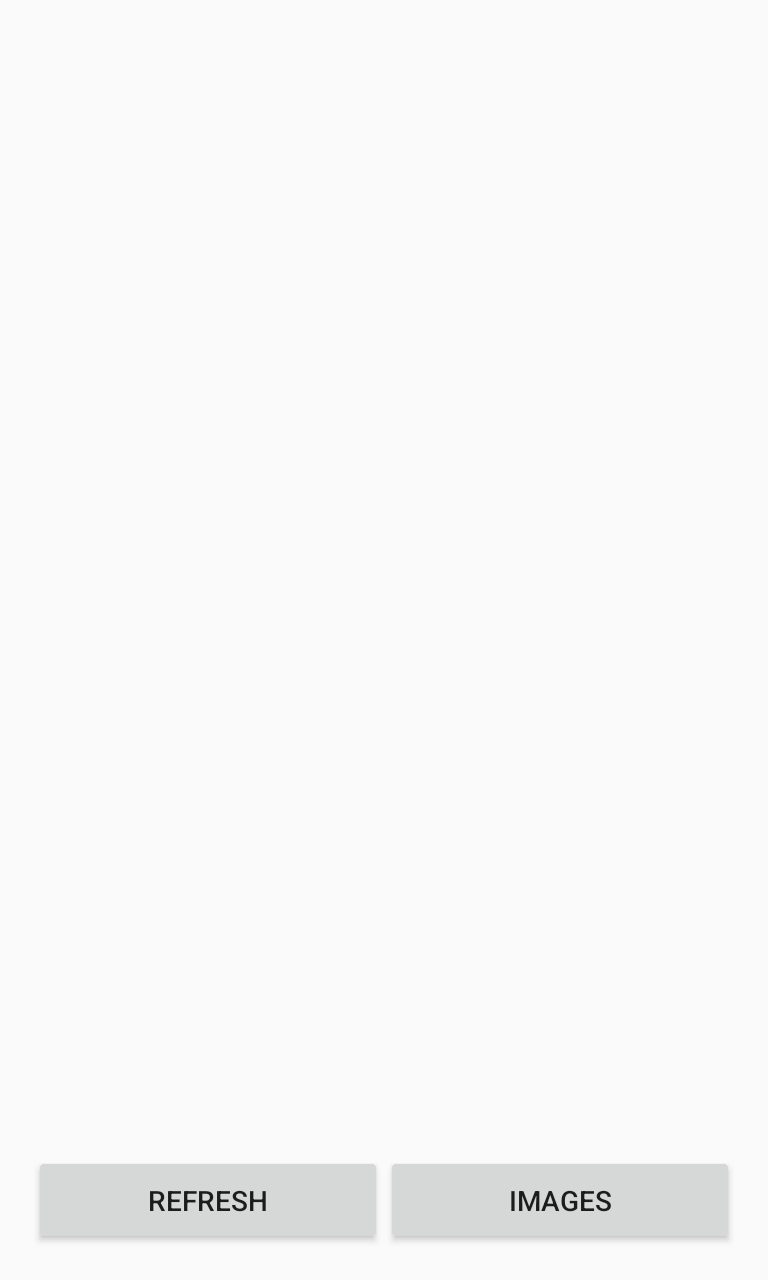
Repository: browndrf/cmpe283
Layout: myopenstack/res/layout/activity_main.xml
The author's editor kept a copy of each file at every save. The layout is drawn from the files as they stood at one save, then again after the next save.
It is drawn on a 768 x 1280 px phone screen (xhdpi) without system bars, with theme AppTheme; the app's code is not run.

Above is the layout before, as saved 2014-09-13 18:27:17.

### myopenstack/res/layout/activity_main.xml
<RelativeLayout xmlns:android="http://schemas.android.com/apk/res/android"
    xmlns:tools="http://schemas.android.com/tools"
    android:layout_width="match_parent"
    android:layout_height="match_parent"
    android:paddingBottom="@dimen/activity_vertical_margin"
    android:paddingLeft="@dimen/activity_horizontal_margin"
    android:paddingRight="@dimen/activity_horizontal_margin"
    android:paddingTop="@dimen/activity_vertical_margin"
    tools:context=".MainActivity" >

    <LinearLayout
        android:id="@+id/LinearLayout02"
        android:layout_width="fill_parent"
        android:layout_height="wrap_content"
        android:layout_alignParentBottom="true" >

        <Button
            android:id="@+id/Button02"
            android:layout_width="wrap_content"
            android:layout_height="wrap_content"
            android:layout_weight="1"
            android:text="Refresh" >
        </Button>

        <Button
            android:id="@+id/Button03"
            android:layout_width="wrap_content"
            android:layout_height="wrap_content"
            android:layout_weight="1"
            android:text="Images" >
        </Button>
    </LinearLayout>

    <TableLayout
        android:id="@+id/tableLayout1"
        android:layout_width="match_parent"
        android:layout_height="match_parent"
        android:shrinkColumns="*"
        android:stretchColumns="*" >
    </TableLayout>

</RelativeLayout>

Loaded but not shown: myopenstack/res/values/styles.xml (common file); myopenstack/res/values-v11/styles.xml (common file); myopenstack/res/values-v14/styles.xml (common file); myopenstack/res/values/dimens.xml (common file); myopenstack/res/values-w820dp/dimens.xml (common file)

After the next save:
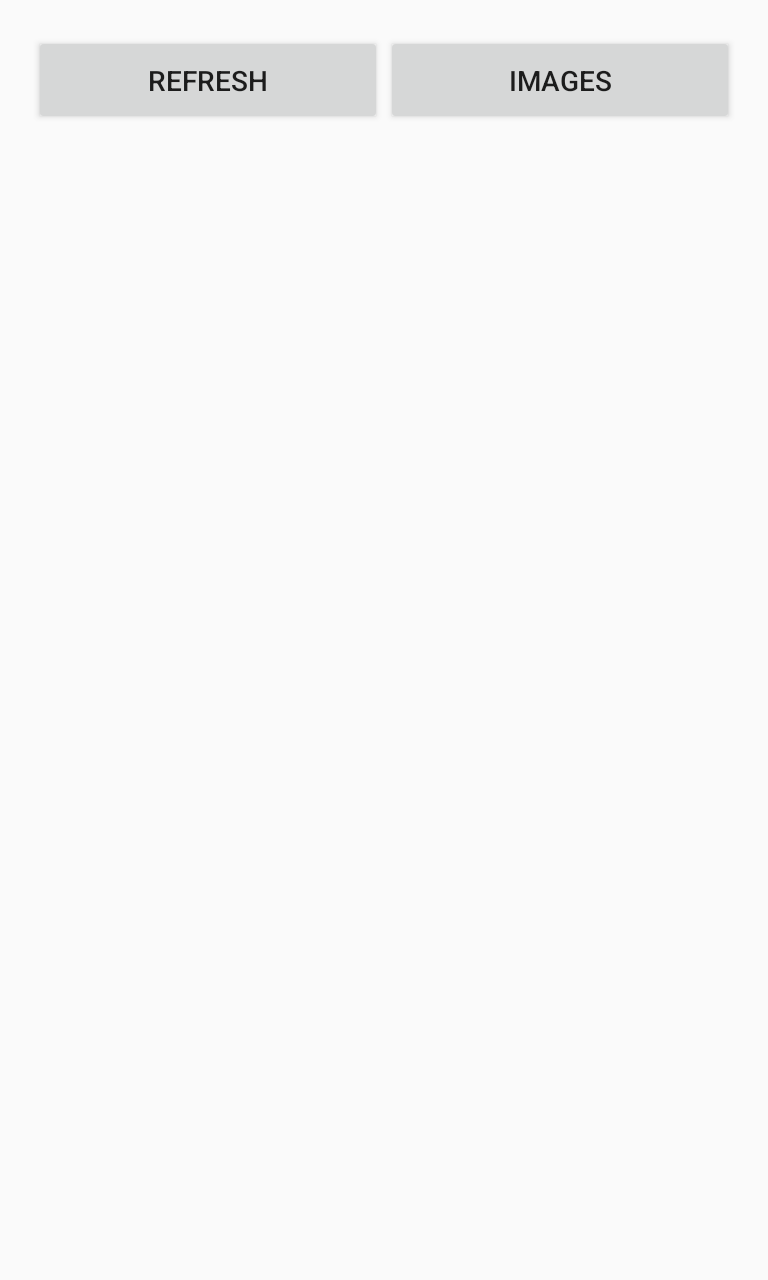
Saved 61 s later.
--- a/myopenstack/res/layout/activity_main.xml
+++ b/myopenstack/res/layout/activity_main.xml
@@ -12,7 +12,7 @@
         android:id="@+id/LinearLayout02"
         android:layout_width="fill_parent"
         android:layout_height="wrap_content"
-        android:layout_alignParentBottom="true" >
+        android:layout_alignParentTop="true" >
 
         <Button
             android:id="@+id/Button02"
